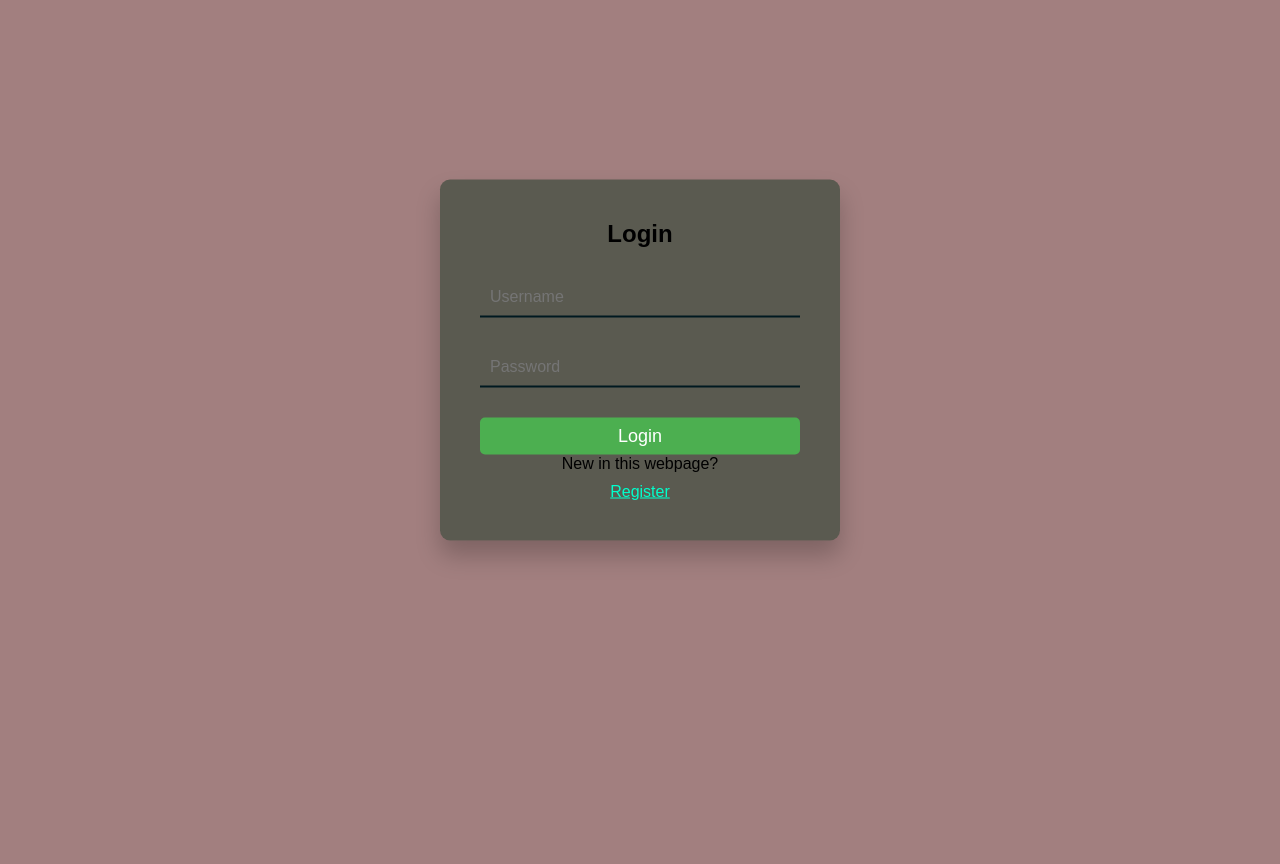
Repository: SRBshakib/Safe-Food---DBMS-project
Page: Organaization/login.html
An editor plug-in stored every save of this project. The page is shown before and after the next save, followed by the edit.
The browser window is 1280 px wide. The pictures show the whole page.

Above is the page before, as saved 2024-11-10 22:08:17.

### Organaization/login.html
<!DOCTYPE html>
<html lang="en">
<head>
    <meta charset="UTF-8">
    <meta name="viewport" content="width=device-width, initial-scale=1.0">
    <title>Welcome to our organization</title>
    <link rel="stylesheet" href="style_login.css"> <!-- Link to the CSS file -->
</head>
<body>
    <div class="login-box">
        <h2>Login</h2>
        <form>
            <div class="textbox">
                <input type="text" placeholder="Username" required>
            </div>
            <div class="textbox">
                <input type="password" placeholder="Password" required>
            </div>
            <button type="submit" class="btn">Login</button>
            <p>New in this webpage?</p>
            <p class="register">Register</p>
        </form>
    </div>
</body>
</html>

### Organaization/style_login.css

*{

    margin: 0;
    padding: 0;
    box-sizing: border-box;
    font-family: Arial, sans-serif;
}

body {
    display: flex;
    justify-content: center;
    align-items: center;
    height: 120vh;
    background-color: #46000080;
    color: rgb(0, 0, 0);
}

.login-box {
    position: absolute;
    top: 50%;
    left: 50%;
    width: 400px;
    padding: 40px;
    transform: translate(-50%, -50%);
    background: rgba(0, 44, 22, 0.445);
    box-shadow: 0 15px 25px rgba(0, 0, 0, 0.219);
    border-radius: 10px;
    text-align: center;
}

.login-box h2 {
    margin-bottom: 30px;
}

.textbox {
    position: relative;
    margin-bottom: 30px;
    border-bottom: 2px solid #001920;
}

.textbox input {
    width: 100%;
    padding: 10px;
    font-size: 16px;
    background: none;
    border: none;
    outline: none;
    color: #ffffff;
}

.btn {
    display: inline-block;
    width: 100%;
    padding: 8px;
    background: #4caf50;
    border: none;
    outline: none;
    color: #fff;
    font-size: 18px;
    cursor: pointer;
    border-radius: 5px;
    transition: background 0.3s, box-shadow 0.3s;
}

.btn:hover {
    background: #00eeff;
    box-shadow: 0 0 10px #00b7ff, 0 0 20px #008cff, 0 0 30px #00ffcc;
}

.register {
    color: #00ffcc;
    cursor: pointer;
    margin-top: 10px;
    text-decoration: underline;
}

After the next save:
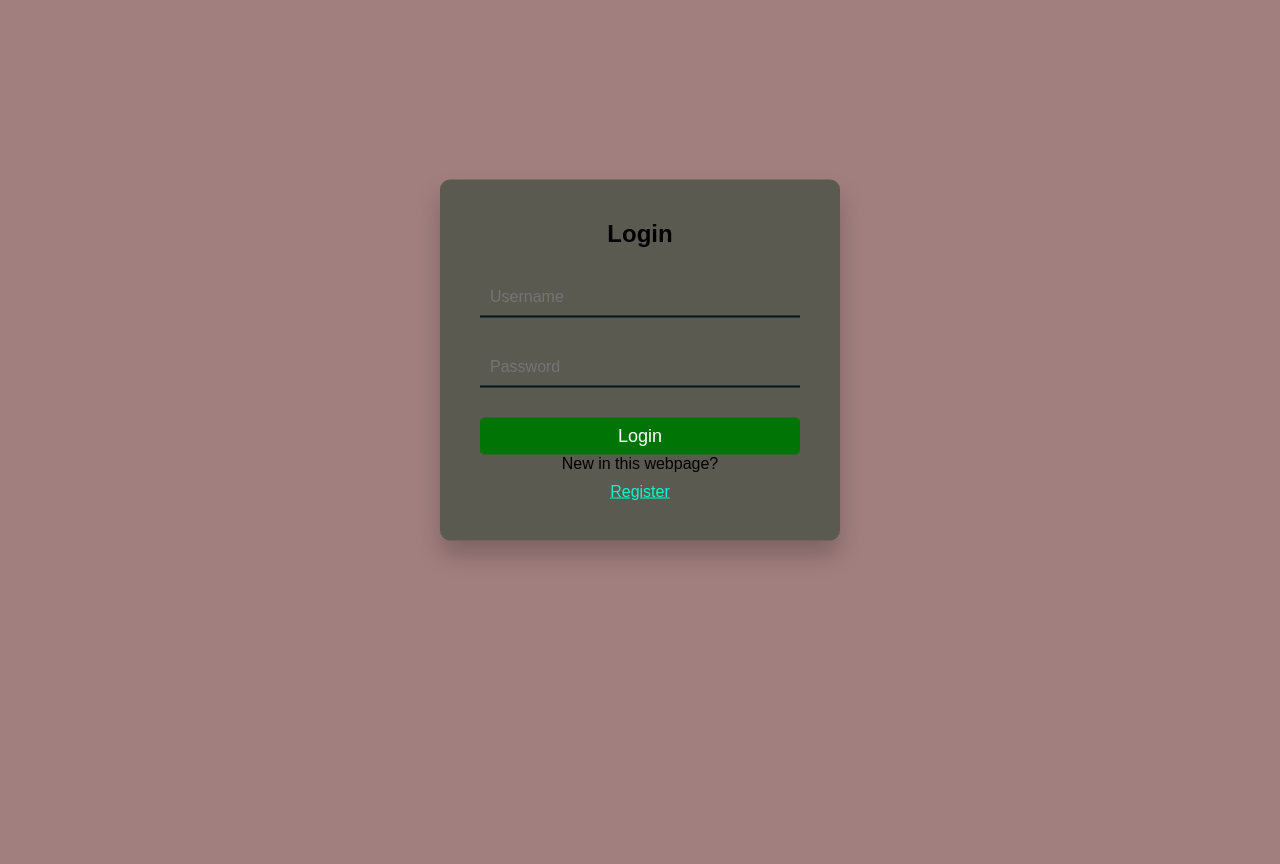
Saved 18 s later.
--- a/Organaization/style_login.css
+++ b/Organaization/style_login.css
@@ -53,7 +53,7 @@ body {
     display: inline-block;
     width: 100%;
     padding: 8px;
-    background: #4caf50;
+    background: #007404;
     border: none;
     outline: none;
     color: #fff;
